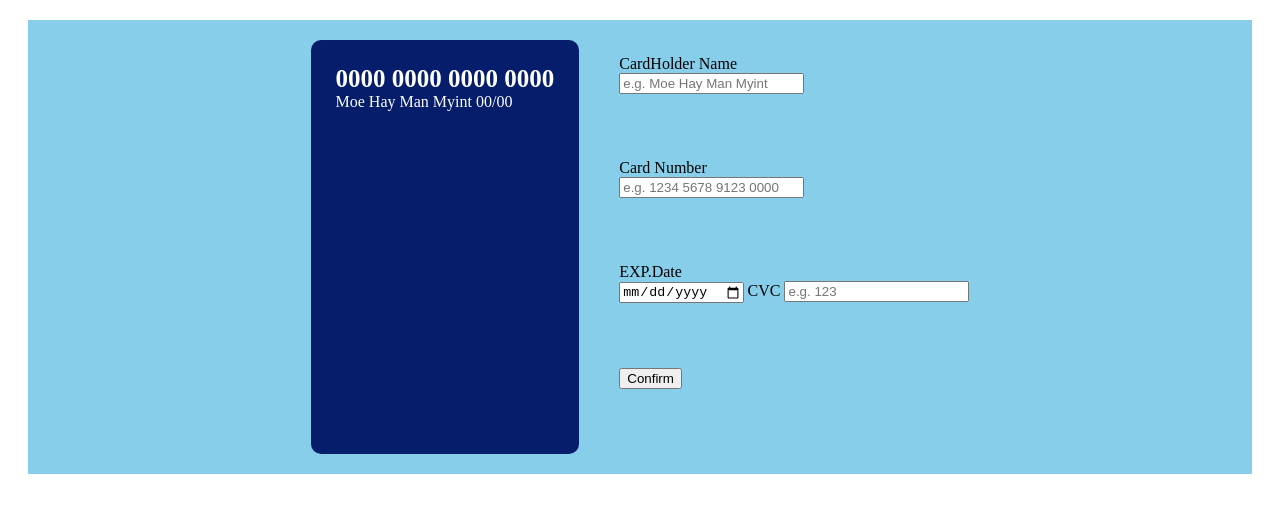
Repository: moehaymanmyint/Interactive-Card-Details-Form
Page: index.html
These files come from the project's save history. The page is drawn as it stood at one moment and after the next save; the edit follows.
The browser window is 1280 px wide. The pictures show the whole page.

Above is the page before, as saved 2024-10-15 22:35:25.

### index.html
<!DOCTYPE html>
<html lang="en">
<head>
    <meta charset="UTF-8">
    <meta name="viewport" content="width=device-width, initial-scale=1.0">
    <title>Interactive Card Details Form</title>
    <link rel="stylesheet" href="style.css">
</head>
<body>
    <div class="container">
        <!-- Left Side -->
    <div class="left-container">
        <div class="card">
            <div class="number">0000 0000 0000 0000</div>
            <span class="name">Moe Hay Man Myint</span>
            <span class="date">00/00</span>
        </div>
    </div>

    <!-- Right Side -->
    <div class="right-container">
        <form action="">
            <div class="card-name">
                <label for="">CardHolder Name</label><br>
                <input type="text" name="" id="" placeholder="e.g. Moe Hay Man Myint">
            </div>
            <div class="card-number">
                <label for="">Card Number</label><br>
                <input type="number" name="" id="" placeholder="e.g. 1234 5678 9123 0000">
            </div>
            <div class="card-info">
                <label for="">EXP.Date</label><br>
                <input type="date" name="" id="">
                <label for="">CVC</label>
                <input type="number" name="" id="" placeholder="e.g. 123">
            </div>
            <div class="confirm-btn">
                <input type="submit" value="Confirm">
            </div>
        </form>
    </div>
    </div>
</body>
</html>

### style.css
.container{
    background-color: skyblue;
    display: flex;
    justify-content: center;
    margin: 20px;
}

.left-container,
.right-container {
    margin: 20px;
}

.left-container{
    background-color: rgb(5, 29, 107);
    color: white;
    padding: 25px;
    border-radius: 10px;
}

.left-container .number{
    font-size: 25px;
    font-weight: bold;
}

.right-container div{
    margin: 15px 0;
}
.right-container input{
    margin-bottom: 50px;
}

After the next save:
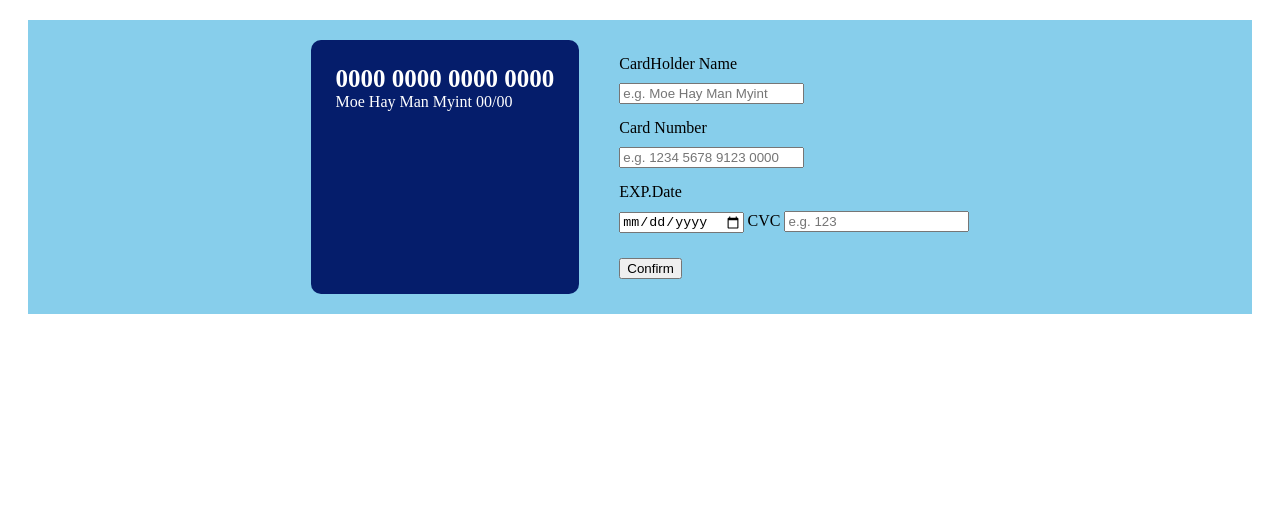
Saved 12 s later.
--- a/style.css
+++ b/style.css
@@ -26,5 +26,5 @@
     margin: 15px 0;
 }
 .right-container input{
-    margin-bottom: 50px;
+    margin-top: 10px;
 }
